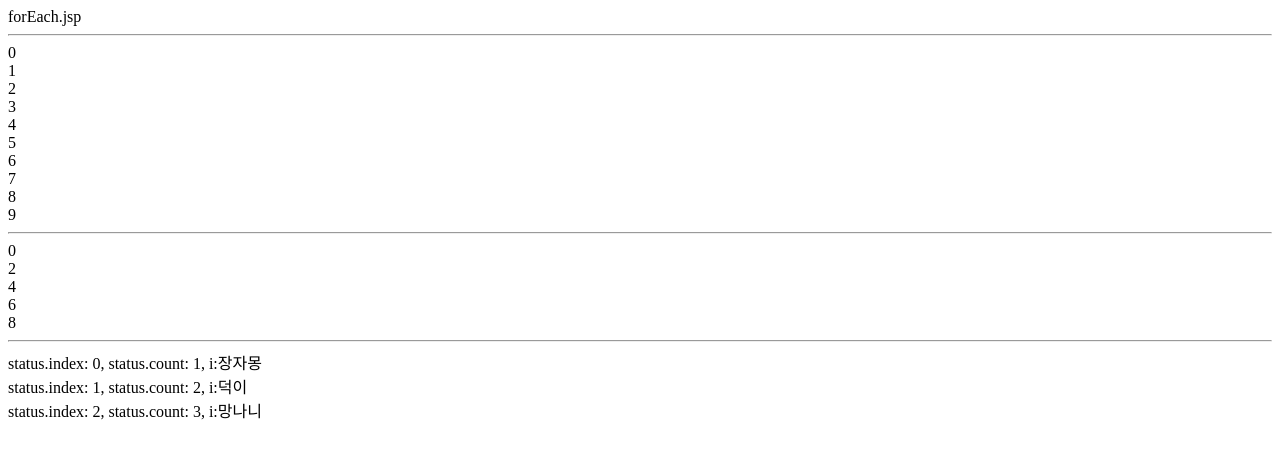
Repository: cartoon1110/KosaSwCourse
Page: http://localhost/JSPprogramming/ch11/forEach.jsp
The author's editor kept a copy of each file at every save. The page is drawn from the files as they stood at one save, then again after the next save.
The browser window is 1280 px wide. The pictures show the whole page.
The page is served by Tomcat 9.

Above is the page before, as saved 2015-08-29 08:12:21.

After the next save:
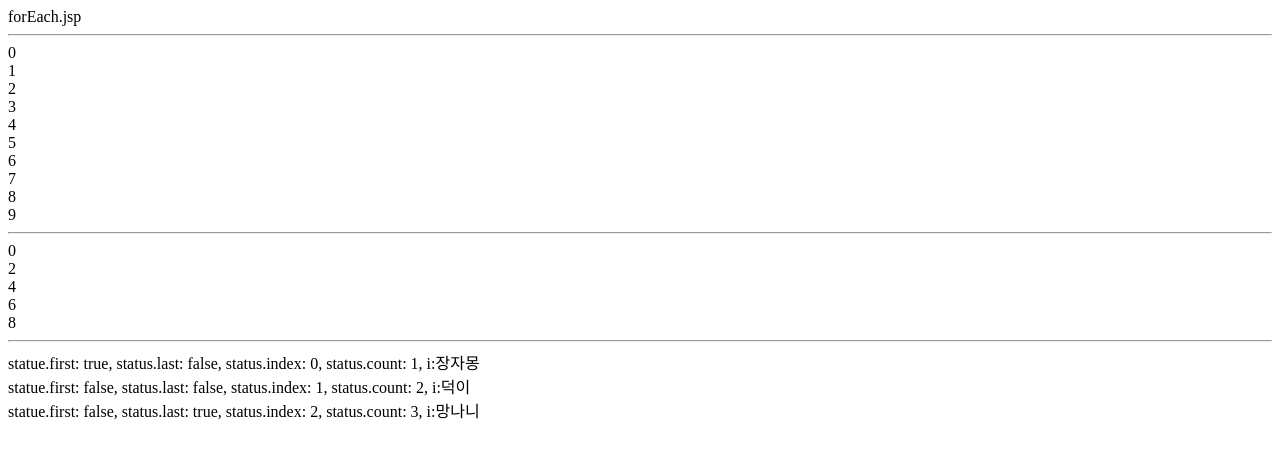
Saved 2 min 39 s later.
--- a/workspace-web/JSPprogramming/WebContent/ch11/forEach.jsp
+++ b/workspace-web/JSPprogramming/WebContent/ch11/forEach.jsp
@@ -35,6 +35,8 @@
 		%>
 
 		<c:forEach var="i" items="${names}" varStatus="status">
+			statue.first: ${status.first },
+			status.last: ${status.last },
 			status.index: ${status.index},
 			status.count: ${status.count},
 			i:${i} <br/>
